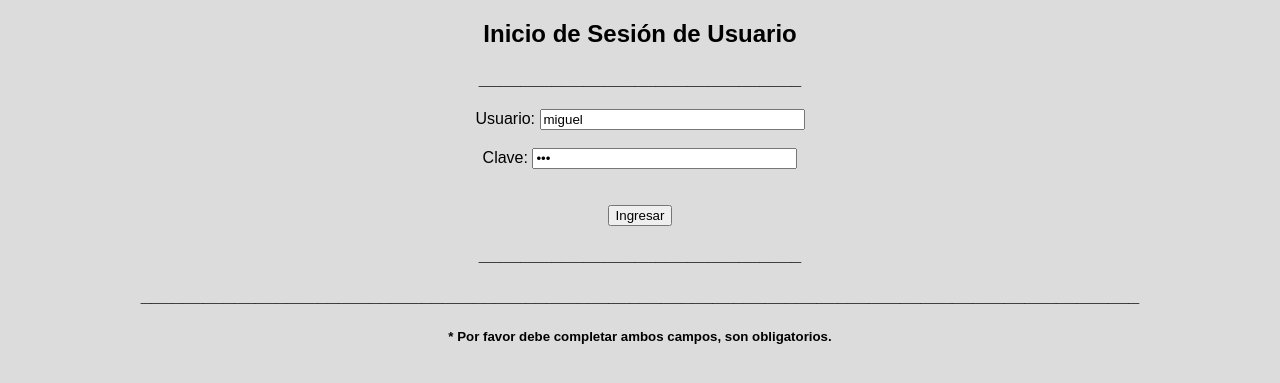
Repository: miguelalvarezcl/examen
Page: http://localhost/CtaCorriente/login.jsp
The author's editor kept a copy of each file at every save. The page is drawn from the files as they stood at one save, then again after the next save.
The browser window is 1280 px wide. The pictures show the whole page.
The page is served by Tomcat 9. Other server files are loaded and not shown.

Above is the page before, as saved 2021-11-13 21:29:31.

### CtaCorriente/WebContent/login.jsp
<%@ page language="java" contentType="text/html; charset=utf-8"
    pageEncoding="utf-8"%>
<!DOCTYPE html>
<html>
<head>
<meta charset="utf-8">
<title>:::... Inicio de Sesión de Usuario ...:::</title>

</head>
<body>
	<div style="text-align: center">
		<h2>Inicio de Sesión de Usuario</h2>
		<h3>_______________________________</h3>
		<form action="login" method="post" id="loginForm">
			<label for="usuario">Usuario:</label>
			<input name="usuario" size="30" value = "miguel"/>
			<br><br>
			<label for="password">Clave:</label>
			<input type="password" name="password" size="30" value="123" />
			<br>${message}
			<br><br>
			<button type="submit">Ingresar</button>
			<h3>_______________________________</h3>
		</form>
	</div>
	    <center>
	<h3>________________________________________________________________________________________________</h3>
    <h5>* Por favor debe completar ambos campos, son obligatorios.</h5>
    </center>
</body>

<style>
body{
	font-family: arial, helvetica;
	background: #DCDCDC;
}
</style>
</html>

After the next save:
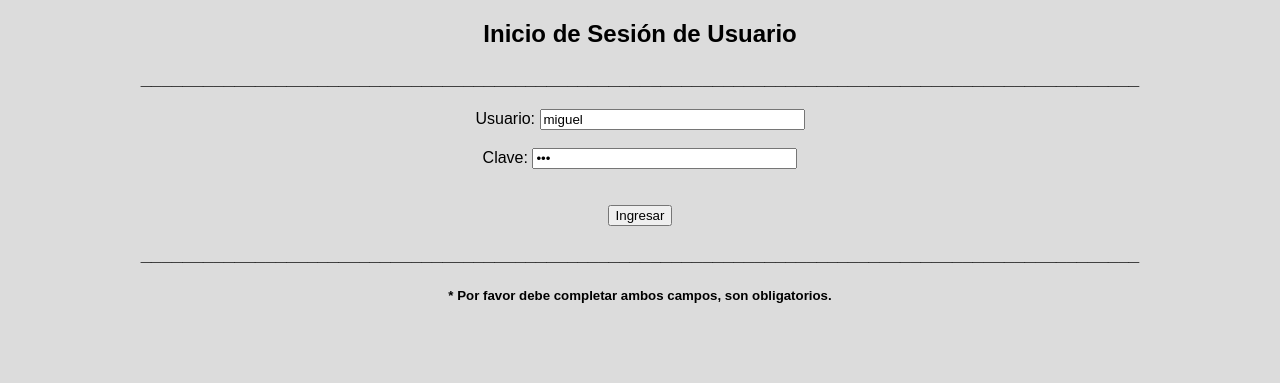
Saved 42 s later.
--- a/CtaCorriente/WebContent/login.jsp
+++ b/CtaCorriente/WebContent/login.jsp
@@ -10,7 +10,7 @@
 <body>
 	<div style="text-align: center">
 		<h2>Inicio de Sesión de Usuario</h2>
-		<h3>_______________________________</h3>
+			<h3>________________________________________________________________________________________________</h3>
 		<form action="login" method="post" id="loginForm">
 			<label for="usuario">Usuario:</label>
 			<input name="usuario" size="30" value = "miguel"/>
@@ -20,7 +20,7 @@
 			<br>${message}
 			<br><br>
 			<button type="submit">Ingresar</button>
-			<h3>_______________________________</h3>
+
 		</form>
 	</div>
 	    <center>
